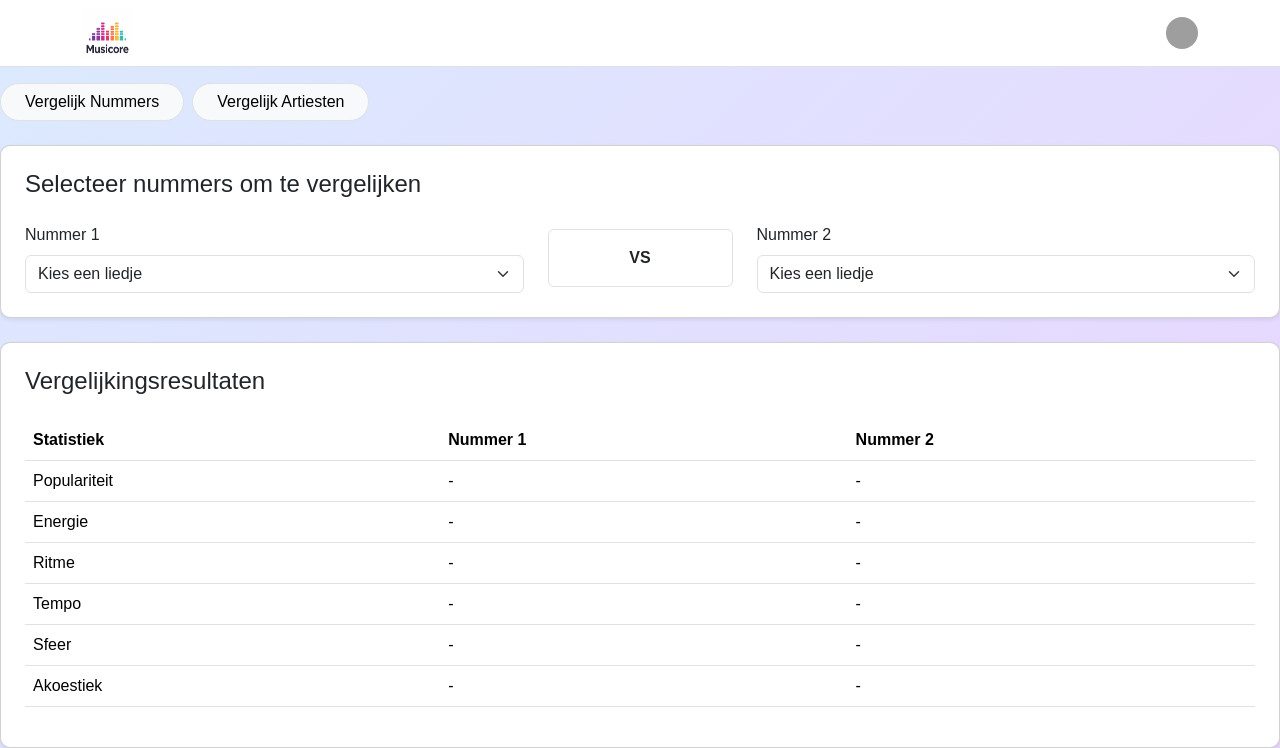
Repository: khadishat00/maskr
Page: maskr-frontend/compare.html
These files come from the project's save history. The page is drawn as it stood at one moment and after a run of saves; the edit follows.
The browser window is 1280 px wide. The pictures show the whole page.
Pictures or frames that could not be fetched are drawn as grey boxes.

Above is the page before, as saved 2026-04-28 11:17:16.

After the next 2 saves:
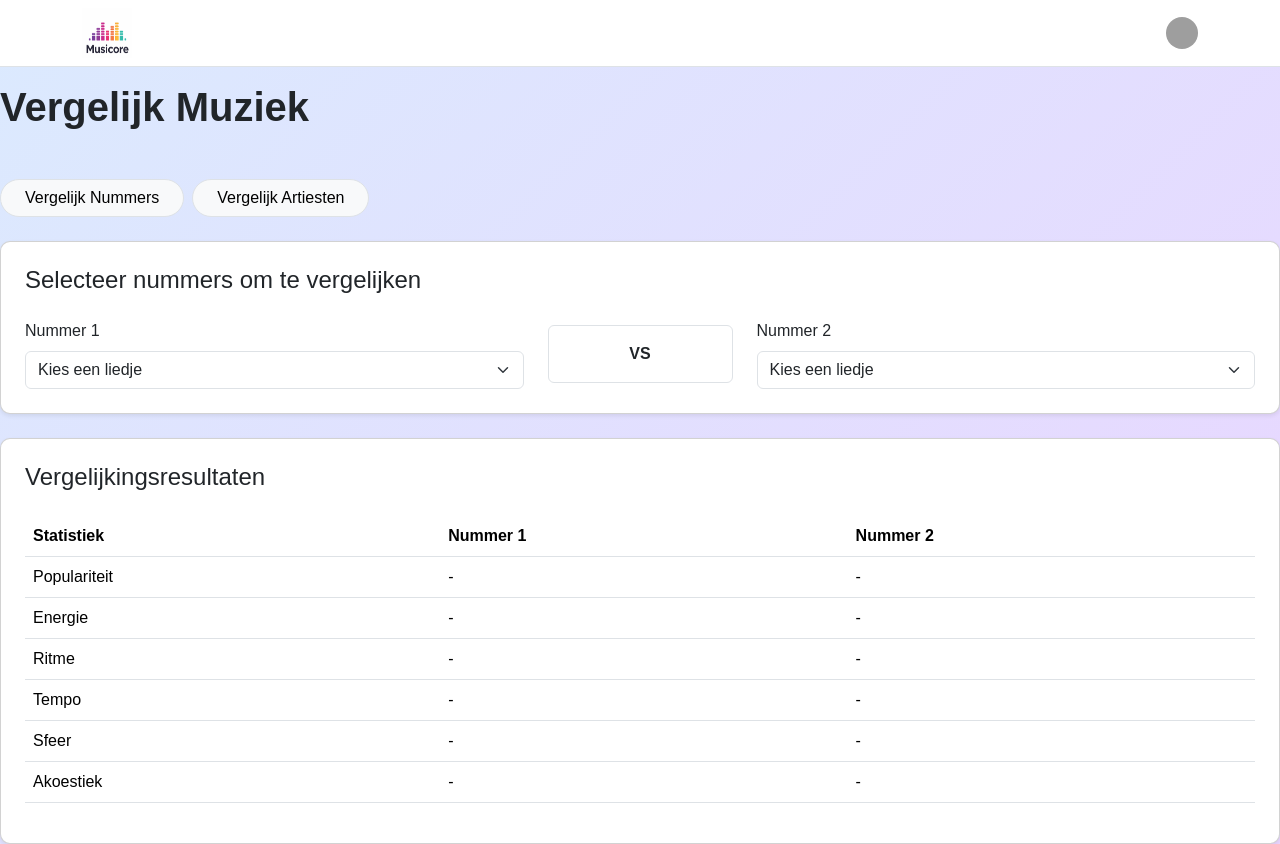
The 2 saves are shown as one change because they came seconds apart.
The last was saved 32 s later.
--- a/maskr-frontend/compare.html
+++ b/maskr-frontend/compare.html
@@ -36,6 +36,9 @@
     </div>
   </header>
 <body>
+    <header class="mb-5">
+        <h1 class="display-6 fw-bold">Vergelijk Muziek</h1>
+    </header>
 <div class="mb-4">
         <div class="d-flex gap-2">
             <button class="btn btn-light border rounded-pill px-4">
